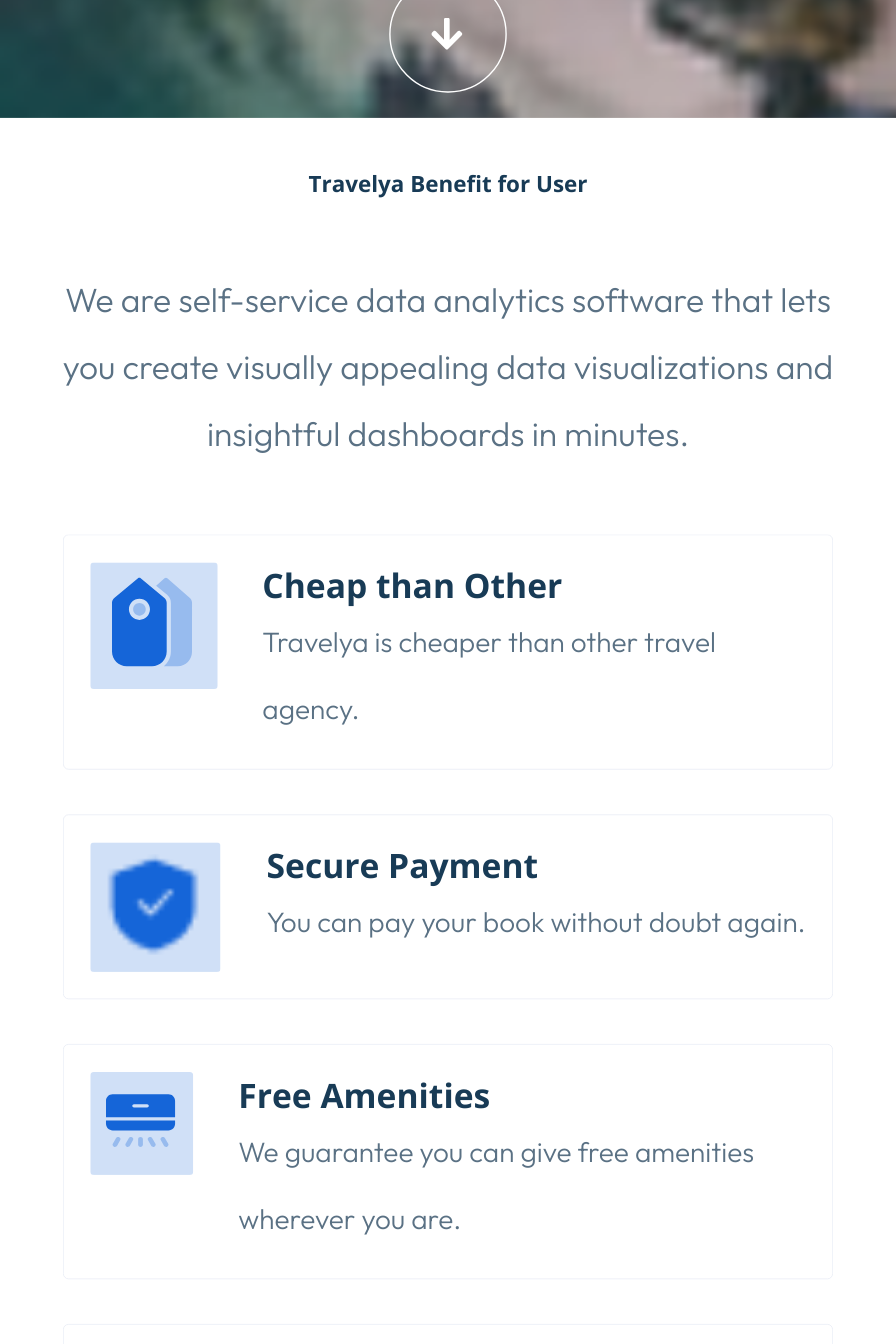
Repository: daviHmoraes/frontcomtailwind
Page: index.html
An editor plug-in stored every save of this project. The page is shown before and after a run of saves, followed by the edit.
The browser window is 1280 px wide. The pictures show the part of the page from y = 2828 to 4748 px (the page is 17298 px tall before and 17342 px after), at 70% of full size.
A picture or video elsewhere on the page could not be fetched, so the positions and the page height are approximate.

Above is the page before, as saved 2026-09-01 15:12:00.

After the next 2 saves:
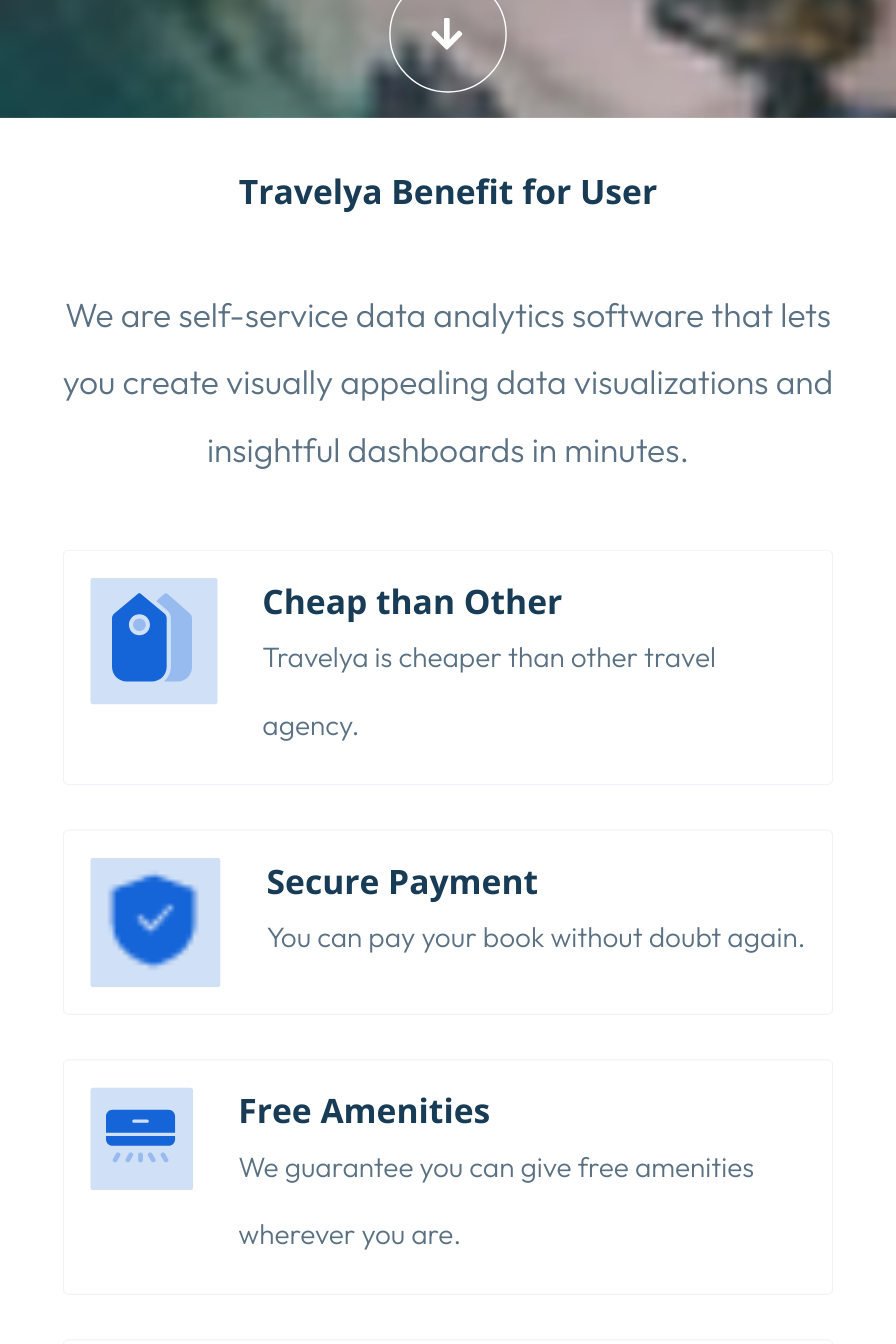
The 2 saves are shown as one change because they came seconds apart.
The last was saved 22 s later.
--- a/css/style.css
+++ b/css/style.css
@@ -18,8 +18,7 @@
     --submit-button-color: #1565D8;
 
     --clamp-14px: clamp(0.7rem, 4.4vw, 2.5rem);
-    --clamp-24px: clamp(1rem, 8.8vw, 3rem);
-    --clamp-28px: clamp(1rem, 10vw, 2rem)
+    --clamp-28px: clamp(1rem, 8.8vw, 3rem);
 }
 
 h1, h2, h3, h4 {
